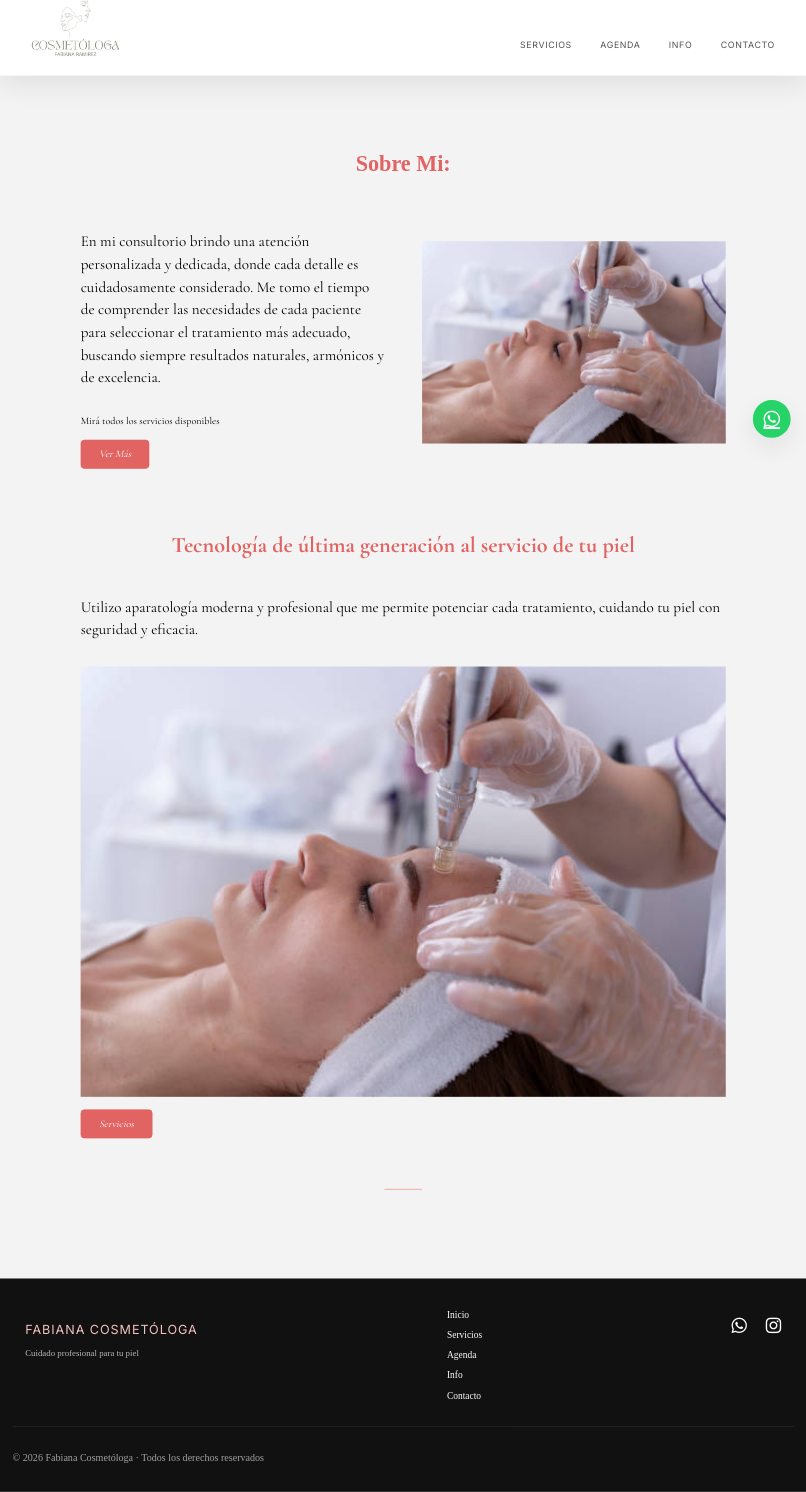
Repository: thiagobal1891-sudo/paginaweb
Page: pages/info.html
These files come from the project's save history. The page is drawn as it stood at one moment and after the next save; the edit follows.
The browser window is 1280 px wide. The pictures show the whole page, at 63% of full size.
Some web fonts or font styles are not loaded; a fallback is used.

Above is the page before, as saved 2026-03-11 19:35:19.
Console error: ReferenceError: emailjs is not defined

### pages/info.html
<!DOCTYPE html>
<html lang="es">

<head>
  <meta charset="UTF-8">
  <meta name="viewport" content="width=device-width, initial-scale=1.0">
  <title>Fabiana Cosmetóloga</title>

  <!-- 🎨 Estilos locales -->
  <link rel="stylesheet" href="../css/style.css">

  <!-- 🪶 Tipografías -->
  <link rel="preconnect" href="https://fonts.googleapis.com">
  <link rel="preconnect" href="https://fonts.gstatic.com" crossorigin>
  <link
    href="https://fonts.googleapis.com/css2?family=Melodrama:wght@400;500;600;700&family=Inter:wght@100..900&family=Poppins:wght@100..900&family=Cormorant+Garamond:wght@300..700&display=swap"
    rel="stylesheet">

  <!-- ⭐ Font Awesome -->
  <link rel="stylesheet" href="https://cdnjs.cloudflare.com/ajax/libs/font-awesome/6.5.0/css/all.min.css"
    crossorigin="anonymous" referrerpolicy="no-referrer" />
</head>

<body>
  <header>
    <div class="container">
      <a href="../index.html" class="logo">
        <img src="../media/logo.png" alt="Logo de la marca">
      </a>
      <nav>
        <a href="servicios.html">SERVICIOS</a>
        <a href="agenda.html">AGENDA</a>
        <a href="info.html">INFO</a>
        <a href="contacto.html">CONTACTO</a>
      </nav>
    </div>
  </header>
  <section class="sobre-nosotros">
  <h2>Sobre Mi:</h2>

  <div class="sobre-container">
    <div class="sobre-texto">
      <p>
        En mi consultorio brindo una atención personalizada y dedicada, donde cada detalle es cuidadosamente considerado.
        Me tomo el tiempo de comprender las necesidades de cada paciente para seleccionar el tratamiento más adecuado,
        buscando siempre resultados naturales, armónicos y de excelencia.
      </p>

      <span class="link-servicios">Mirá todos los servicios disponibles</span>

      <a class="btn-vermas" href="servicios.html#Tratamientos" class="btn-vermas">Ver Más</a>
    </div>

    <div class="sobre-img">

      <img src="../media/Tratamientos-1.jpg" alt="Consultorio">
    </div>
  </div>
      <div class="sobre-texto">
          <h2>Tecnología de última generación al servicio de tu piel</h2>
      <p>Utilizo aparatología moderna y profesional que me permite potenciar cada tratamiento,
        cuidando tu piel con seguridad y eficacia.
      </p>
    <div class="sobre-img">
      <img src="../media/Tratamientos-1.jpg" alt="Consultorio">
    </div>
      <span class="link-servicios"></span>
    <a class="btn-vermas" href="servicios.html#Tratamientos" class="btn-vermas">Servicios</a>
    </div>


  </div>
</section>

  <footer class="footer">
  <div class="footer-container">

    <!-- Marca -->
    <div class="footer-brand">
      <h3>Fabiana Cosmetóloga</h3>
      <p>Cuidado profesional para tu piel</p>
    </div>

    <!-- Links internos -->
    <div class="footer-links">
      <a href="../index.html">Inicio</a>
      <a href="../pages/servicios.html">Servicios</a>
      <a href="../pages/agenda.html">Agenda</a>
      <a href="../pages/info.html">Info</a>
      <a href="../pages/contacto.html">Contacto</a>
    </div>

    <!-- Redes -->
    <div class="footer-social">
      <a href="https://wa.me/59894623252" target="_blank">
        <i class="fa-brands fa-whatsapp"></i>
      </a>
      <a href="https://www.instagram.com/fabicosmetologa" target="_blank">
        <i class="fa-brands fa-instagram"></i>
      </a>
    </div>

  </div>

  <div class="footer-bottom">
    <p>© 2026 Fabiana Cosmetóloga · Todos los derechos reservados</p>
  </div>
</footer>

  <!-- 📧 EmailJS -->
  <script src="https://cdn.jsdelivr.net/npm/emailjs-com@3/dist/email.min.js"></script>

  <!-- 🧠 Archivo JS externo -->
  <script src="../script.js" defer></script>
<a href="https://wa.me/59894623252" class="whatsapp-float" target="_blank">
<i class="fa-brands fa-whatsapp"></i>
</a>
</body>

</body>

</html>

Loaded but not shown: script.js (144 lines, source omitted); css/style.css (1232 lines, source omitted)

After the next save:
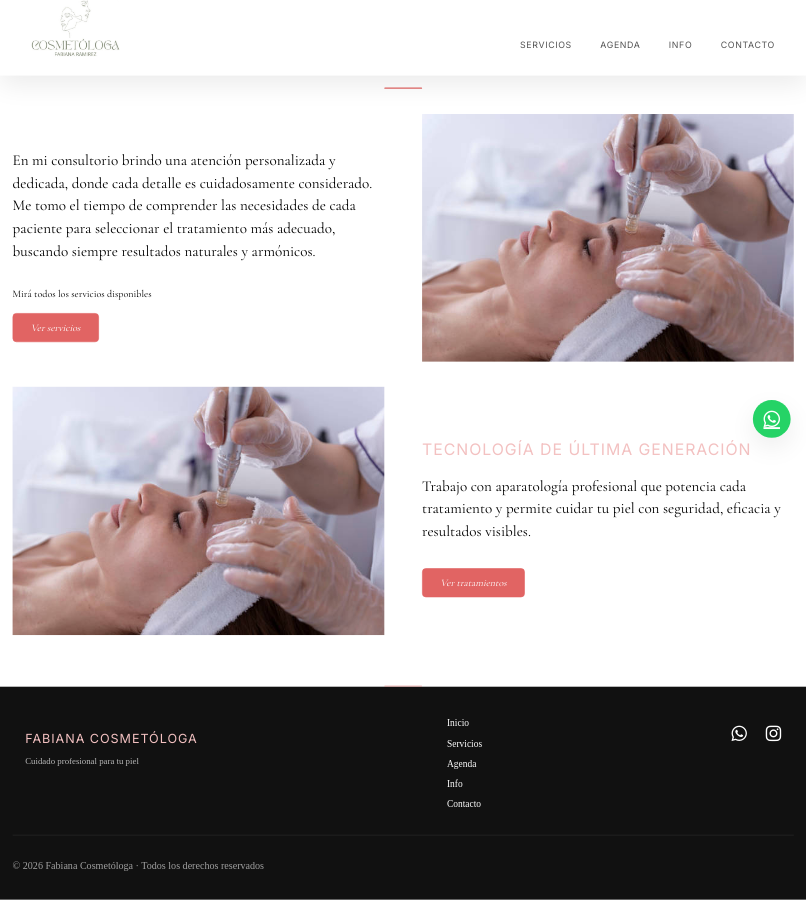
Saved 2 min 58 s later.
--- a/pages/info.html
+++ b/pages/info.html
@@ -35,41 +35,70 @@
       </nav>
     </div>
   </header>
-  <section class="sobre-nosotros">
-  <h2>Sobre Mi:</h2>
+<section id="sobre" class="appear">
 
-  <div class="sobre-container">
-    <div class="sobre-texto">
-      <p>
-        En mi consultorio brindo una atención personalizada y dedicada, donde cada detalle es cuidadosamente considerado.
-        Me tomo el tiempo de comprender las necesidades de cada paciente para seleccionar el tratamiento más adecuado,
-        buscando siempre resultados naturales, armónicos y de excelencia.
-      </p>
+<div class="container">
 
-      <span class="link-servicios">Mirá todos los servicios disponibles</span>
-
-      <a class="btn-vermas" href="servicios.html#Tratamientos" class="btn-vermas">Ver Más</a>
-    </div>
-
-    <div class="sobre-img">
-
-      <img src="../media/Tratamientos-1.jpg" alt="Consultorio">
-    </div>
-  </div>
-      <div class="sobre-texto">
-          <h2>Tecnología de última generación al servicio de tu piel</h2>
-      <p>Utilizo aparatología moderna y profesional que me permite potenciar cada tratamiento,
-        cuidando tu piel con seguridad y eficacia.
-      </p>
-    <div class="sobre-img">
-      <img src="../media/Tratamientos-1.jpg" alt="Consultorio">
-    </div>
-      <span class="link-servicios"></span>
-    <a class="btn-vermas" href="servicios.html#Tratamientos" class="btn-vermas">Servicios</a>
-    </div>
+<div class="section-title">
+<h2>Sobre mí</h2>
+<p>Cosmetología profesional y atención personalizada</p>
+</div>
 
 
-  </div>
+<div class="sobre-container">
+
+<div class="sobre-texto">
+
+<p>
+En mi consultorio brindo una atención personalizada y dedicada,
+donde cada detalle es cuidadosamente considerado.
+Me tomo el tiempo de comprender las necesidades de cada paciente
+para seleccionar el tratamiento más adecuado,
+buscando siempre resultados naturales y armónicos.
+</p>
+
+<span class="link-servicios">
+Mirá todos los servicios disponibles
+</span>
+
+<a class="btn-vermas" href="servicios.html#Tratamientos">
+Ver servicios
+</a>
+
+</div>
+
+<div class="sobre-img">
+<img src="../media/Tratamientos-1.jpg" alt="Consultorio">
+</div>
+
+</div>
+
+
+<div class="sobre-container reverse">
+
+<div class="sobre-img">
+<img src="../media/Tratamientos-1.jpg" alt="Aparatología estética">
+</div>
+
+<div class="sobre-texto">
+
+<h3>Tecnología de última generación</h3>
+
+<p>
+Trabajo con aparatología profesional que potencia cada tratamiento
+y permite cuidar tu piel con seguridad, eficacia y resultados visibles.
+</p>
+
+<a class="btn-vermas" href="servicios.html#Tratamientos">
+Ver tratamientos
+</a>
+
+</div>
+
+</div>
+
+</div>
+
 </section>
 
   <footer class="footer">
